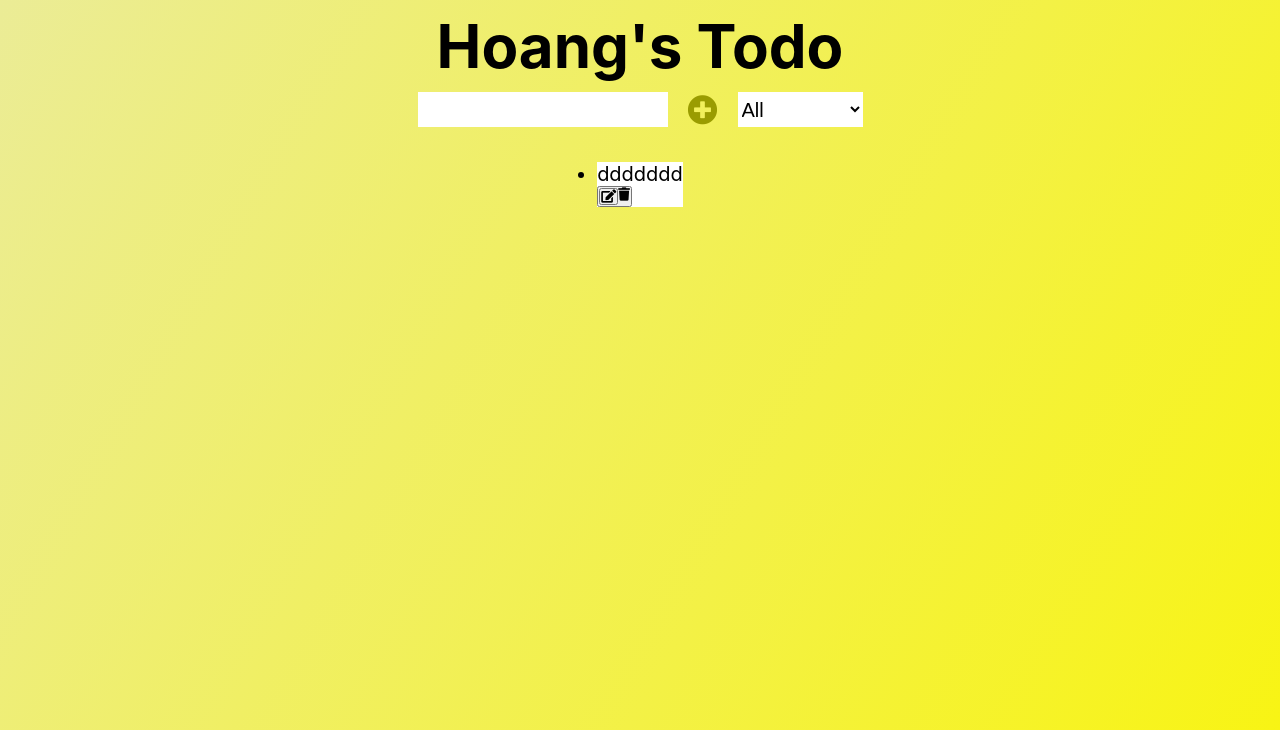
Repository: DinhHoang0607/TodoReact
Page: /
An editor plug-in stored every save of this project. The page is shown before and after a run of saves, followed by the edit.
The browser window is 1280 px wide. The pictures show the whole page.
Some web libraries are served in a nearby version. The project was rebuilt for these pictures with package versions that can differ from the ones it lists, and the page was loaded fresh each time.

Above is the page before, as saved 2021-09-10 16:27:02.

After the next 5 saves:
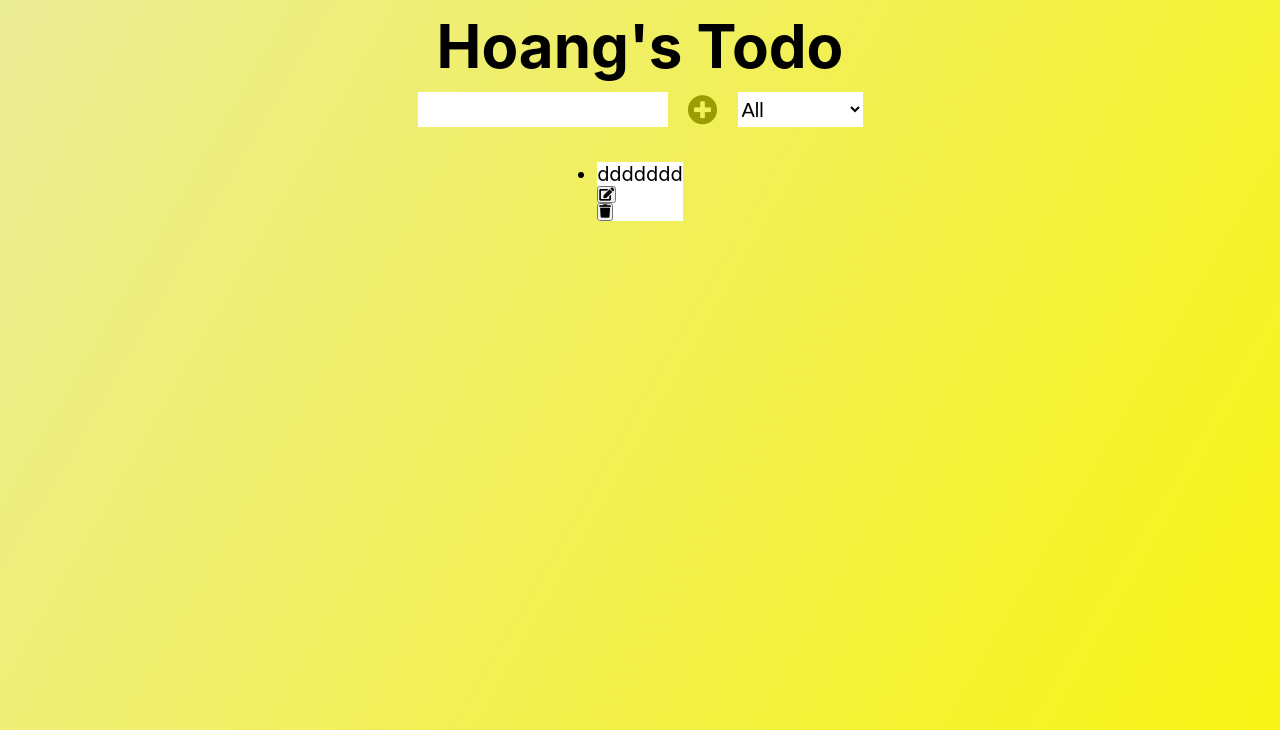
The 5 saves are shown as one change because they came seconds apart.
The last was saved 13 s later.
--- a/src/components/Item.js
+++ b/src/components/Item.js
@@ -3,11 +3,10 @@ import React from "react";
 const Item = ({ listItem }) => {
   return (
     <div className="item">
-      <li className="item__li">ddddddd
-        <button className="btn item__btn">
-          <button className="btn fas fa-edit"></button>
-          <i className="fas fa-trash"></i>
-        </button>
+      <li className="item__li">
+        ddddddd
+        <button className="btn fas fa-edit"></button>
+        <button className="btn fas fa-trash"></button>
       </li>
     </div>
   );
